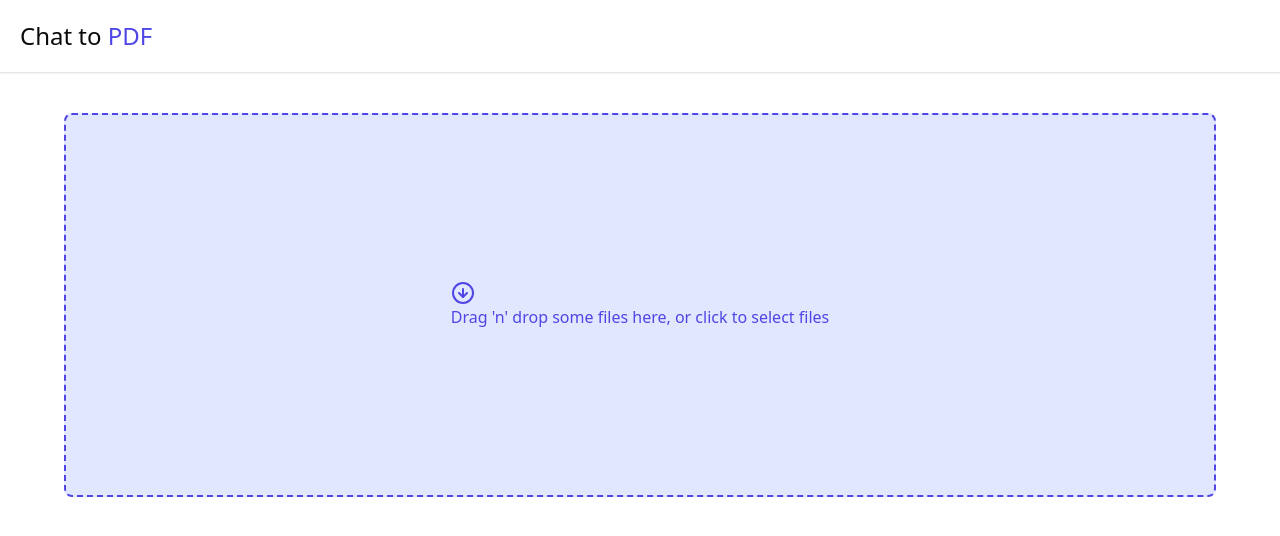
Repository: ankur28/chat-with-pdf
Page: /dashboard/upload
The author's editor kept a copy of each file at every save. The page is drawn from the files as they stood at one save, then again after the next save.
The browser window is 1280 px wide. The pictures show the whole page.
The page's requests for data from a server got no answer. The project was rebuilt for these pictures with package versions that can differ from the ones it lists, and the page was loaded fresh each time. Some packages were replaced by stand-ins written for this rebuild. The framework's server and built-in components were replaced by stand-ins that run in the browser. No one was signed in, and anything a server would have sent is missing. Also part of the build but not shown: next.config.js, next.config.mjs, lib/utils.ts, components/ui/button.tsx.

Above is the page before, as saved 2024-07-24 19:39:59.

After the next save:
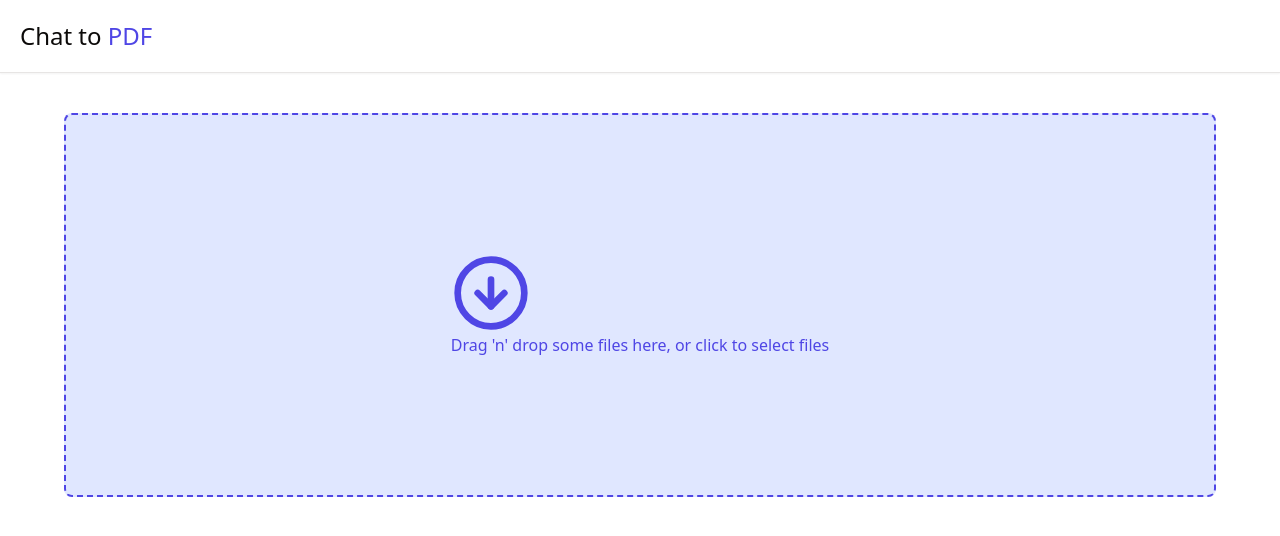
Saved 4 s later.
--- a/app/dashboard/upload/page.tsx
+++ b/app/dashboard/upload/page.tsx
@@ -34,7 +34,7 @@ function UploadPage() {
                     </>
                 ) : (
                     <>
-                        <CircleArrowDown className=''/>
+                        <CircleArrowDown className='h-20 w-20'/>
                         <p>Drag 'n' drop some files here, or click to select files</p>
                     </>
                 )}
